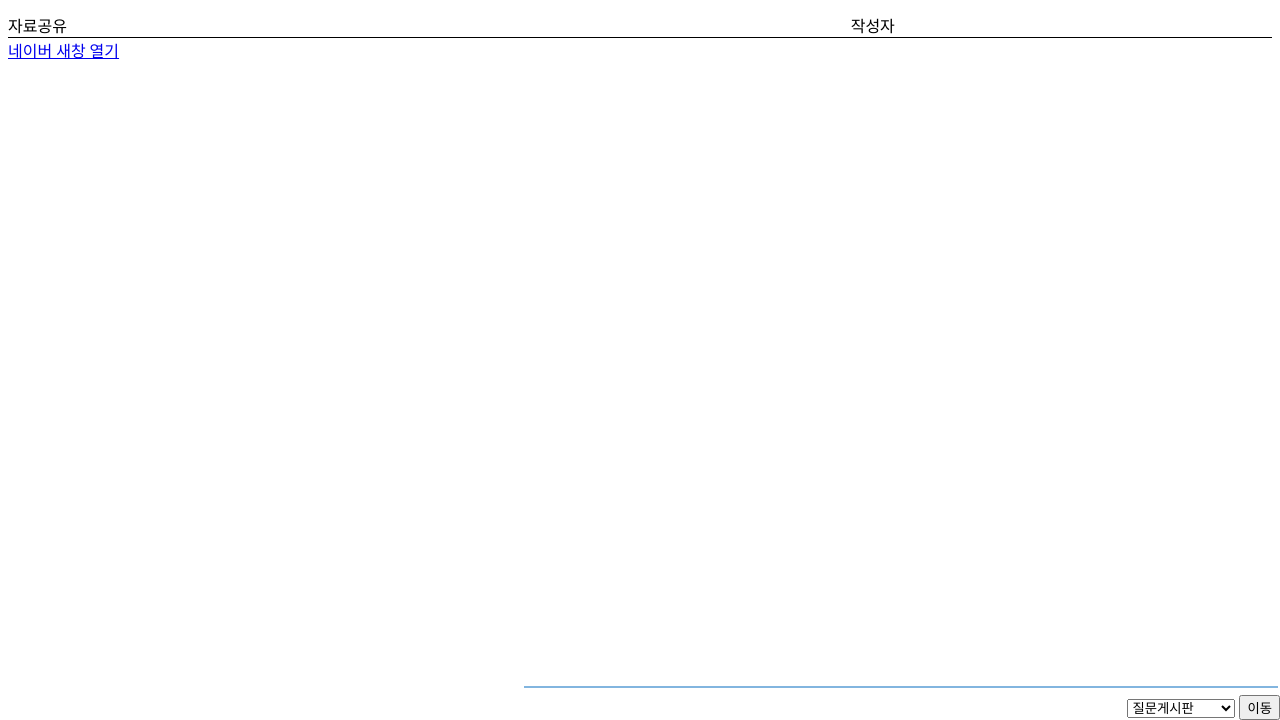
Repository: kalmia26/Capstone
Page: http://localhost/LectureSystem/List2.jsp
An editor plug-in stored every save of this project. The page is shown before and after the next save, followed by the edit.
The browser window is 1280 px wide. The pictures show the whole page.
The page is served by Tomcat 9. Other server files are loaded and not shown.

Above is the page before, as saved 2017-05-09 20:49:14.

### LectureSystem/WebContent/List2.jsp
<%@ page language="java" contentType="text/html; charset=EUC-KR"
    pageEncoding="EUC-KR"%>
<!DOCTYPE html PUBLIC "-//W3C//DTD HTML 4.01 Transitional//EN" "http://www.w3.org/TR/html4/loose.dtd">
<html>
<head>
<meta http-equiv="Content-Type" content="text/html; charset=EUC-KR">
<title>Insert title here</title>
<script language="javascript">
<!--
function openWin(){
    window.open("http://www.naver.net", "네이버새창", "width=800, height=700, toolbar=no, menubar=no, scrollbars=no, resizable=yes" );
}
//-->
</script>

</head>
<body>
<table width="100%" cellpadding="0" cellspacing="0" border="0">
	<tr height="5"><td width="5"></td></tr>

	<tr>
		<td width="200">자료공유</td>
		<td width="100">작성자</td>
	</tr>

		<tr height="1" bgcolor="#000000">
		<td colspan="6"></td></tr>
</table>

<a href="#" onClick="window.open('http://www.naver.com','네이버','width=800, height=700, toolbar=no, menubar=no, scrollbars=no, resizable=yes');return false;">네이버 새창 열기</a>






 <div style="position:absolute; right:0px; bottom:0px;">
<table>
	<tr height="1" bgcolor="#82B5DF">
		<td colspan="6" width="752"></td>
	</tr>
 </table>



<table width="100%" cellpadding="0" cellspacing="0" border="0">
  <tr><td colspan="4" height="5"></td></tr>
  <tr align="right">

   <td>

<form action="selectMove.jsp" method="post" >

		<select name="List">
    	  <option value="1">질문게시판</option>
          <option value="2">자료공유게시판</option>
          <option value="3">과제게시판</option>
          <option value="4">설정</option>
		</select>

		<input type="submit" value="이동">

		</form>
	</td>

  </tr>
	</table>
 </div>
</body>
</html>

After the next save:
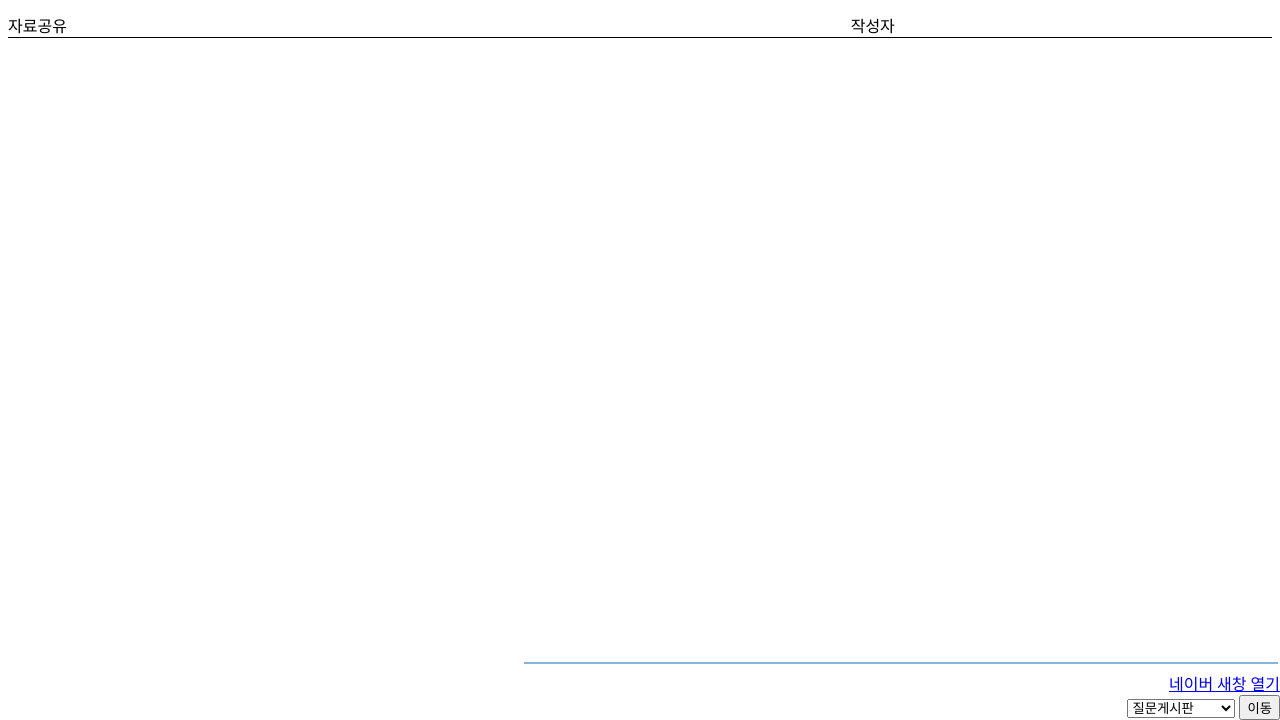
Saved 2 min 9 s later.
--- a/LectureSystem/WebContent/List2.jsp
+++ b/LectureSystem/WebContent/List2.jsp
@@ -27,7 +27,6 @@ function openWin(){
 		<td colspan="6"></td></tr>
 </table>
 
-<a href="#" onClick="window.open('http://www.naver.com','네이버','width=800, height=700, toolbar=no, menubar=no, scrollbars=no, resizable=yes');return false;">네이버 새창 열기</a>
 
 
 
@@ -48,6 +47,8 @@ function openWin(){
   <tr align="right">
 
    <td>
+   <a href="#" onClick="javascript:openWin();">네이버 새창 열기</a>
+
 
 <form action="selectMove.jsp" method="post" >
 
